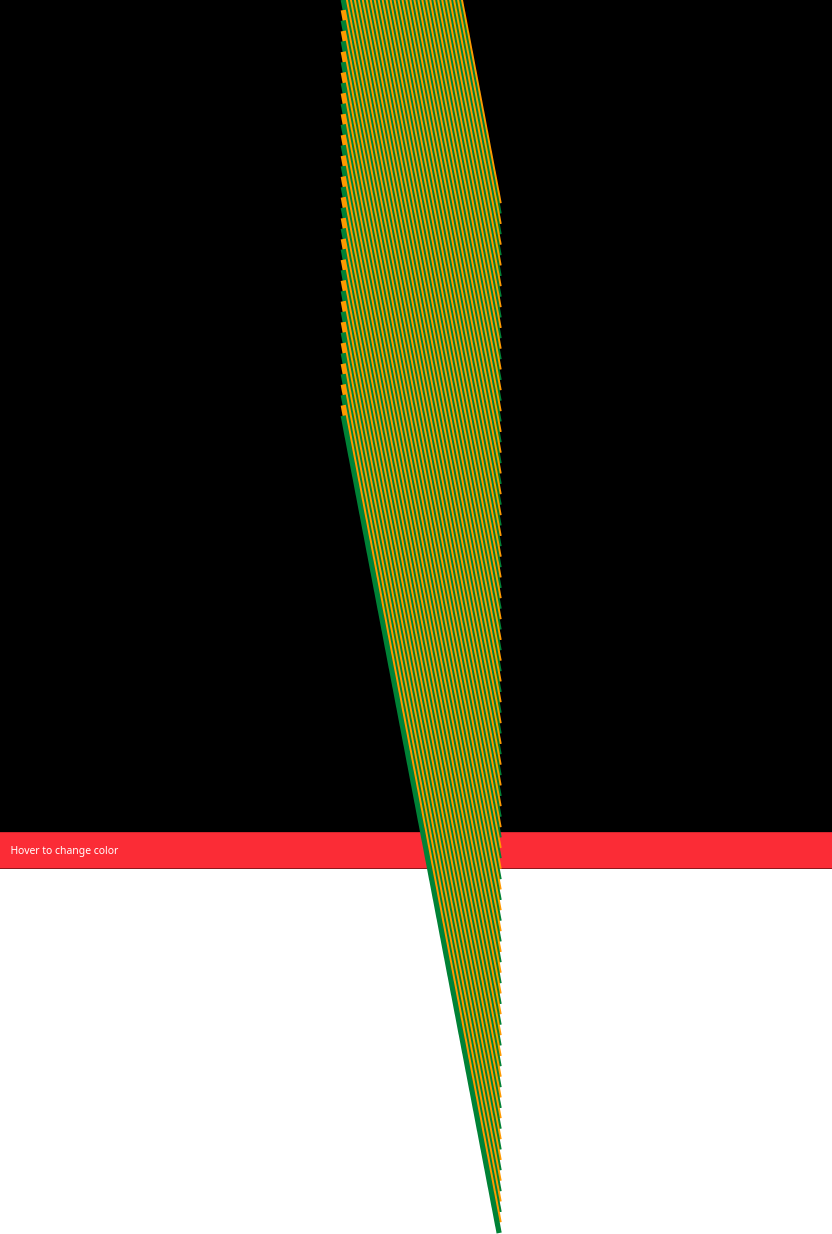
Repository: rahulhr71/AiExam
Page: / (app in teacher/)
An editor plug-in stored every save of this project. The page is shown before and after the next save, followed by the edit.
The browser window is 1280 px wide. The pictures show the whole page, at 65% of full size.
The project was rebuilt for these pictures with package versions that can differ from the ones it lists, and the page was loaded fresh each time. Also part of the build but not shown: teacher/vite.config.js.

Above is the page before, as saved 2025-07-31 22:32:02.

After the next save:
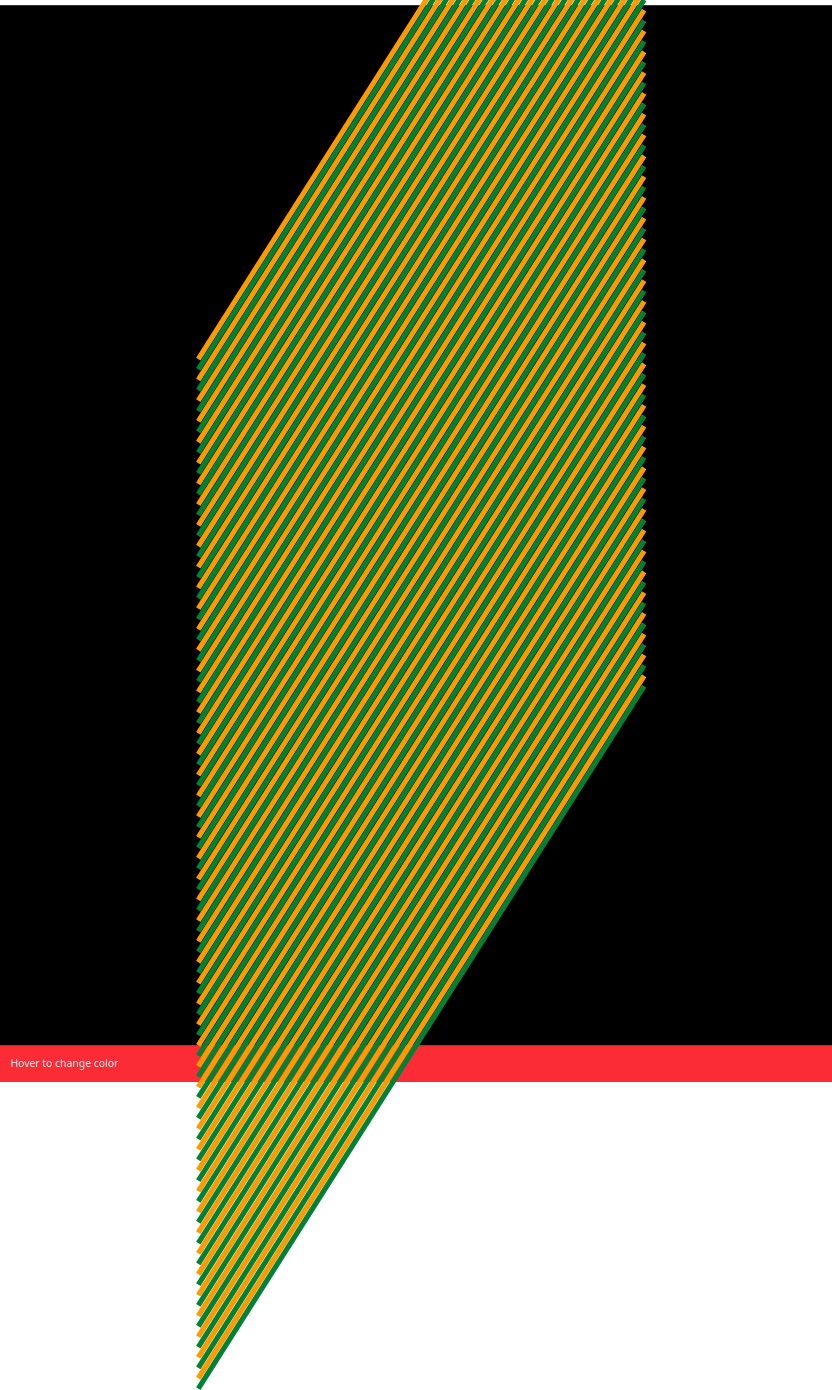
Saved 17 s later.
--- a/teacher/src/App.jsx
+++ b/teacher/src/App.jsx
@@ -8,7 +8,7 @@
 const counts=Array.from({length:100})
 
   return (
-    <div className='bg-black transition-colors animate-bounce '>
+    <div className='bg-black transition-colors  '>
     {
       counts.map((i,index)=>{
         return(
